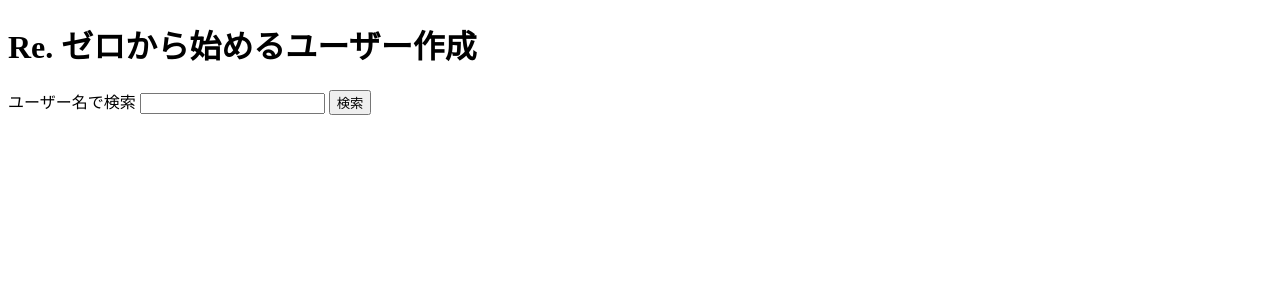
Repository: ShunsukeTanizaki/sqlite_api_lesson
Page: app/public/create.html
The author's editor kept a copy of each file at every save. The page is drawn from the files as they stood at one save, then again after the next save.
The browser window is 1280 px wide. The pictures show the whole page.
The page's requests for data from a server got no answer.

Above is the page before, as saved 2021-02-06 10:52:53.

### app/public/create.html
<!DOCTYPE html>
<html lang="ja">
<head>
    <meta charset="UTF-8">
    <meta name="viewport" content="width=device-width, initial-scale=1.0">
    <title>Re.ゼロから始めるWeb API入門</title>
    <!-- Load scripts -->
    <script src="js/search.js" defer></script>
    <script src="js/users.js" defer></script>
    <script src="js/index.js" defer></script>
</head>
<body>
    <main>
        <h1>Re. ゼロから始めるユーザー作成</h1>
        <label for="search">ユーザー名で検索</label>
        <input type="search" id="search">
        <button id="search-btn">検索</button>
    </main>
</body>
</html>

### app/public/js/search.js
const serachModule = (() => {
    const BASE_URL = "http://localhost:3000/api/v1/search"
    return {
        serachUsers: async () => {
            // 検索窓への入力値を取得
            const query = document.getElementById("search").value

            const res = await fetch(BASE_URL + '?q=' + query)
            const result = await res.json()

            let body = ""

            for (let i = 0; i < result.length; i++) {
                const user = result[i]
                body += `<tr>
                            <td>${user.id}</td>
                            <td>${user.name}</td>
                            <td>${user.profile}</td>
                            <td>${user.date_of_birth}</td>
                            <td>${user.created_at}</td>
                            <td>${user.updated_at}</td>
                        </tr>`
            }

            document.getElementById("users-list").innerHTML = body
        }
    }
})()

### app/public/js/users.js
// 即時関数でモジュール化
const usersModule = (() => {
    const BASE_URL = "http://localhost:3000/api/v1/users"
    return {
        fetchAllUsers: async() => {
            const res = await fetch(BASE_URL)
            const users = await res.json()

            for (let i = 0; i < users.length; i++) {
                const user = users[i]
                const body = `<tr>
                                <td>${user.id}</td>
                                <td>${user.name}</td>
                                <td>${user.profile}</td>
                                <td>${user.date_of_birth}</td>
                                <td>${user.created_at}</td>
                                <td>${user.updated_at}</td>
                            </tr>`
                document.getElementById("users-list").insertAdjacentHTML("beforeend", body)
            }
        }
    }
})()

### app/public/js/index.js
const indexModule = (() => {
    //検索ボタンをクリックした時のイベントリスナーを設定
    document.getElementById("search-btn")
        .addEventListener('click', () => {
        return serachModule.serachUsers()
    })
    // UsersモジュールのfetchAllUsersメソッドを呼び出す
    return usersModule.fetchAllUsers()

})()

After the next save:
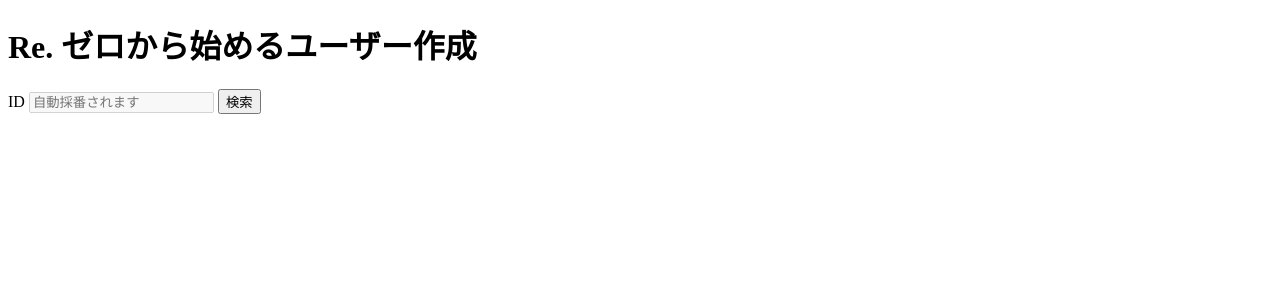
Saved 2 min 18 s later.
--- a/app/public/create.html
+++ b/app/public/create.html
@@ -12,8 +12,8 @@
 <body>
     <main>
         <h1>Re. ゼロから始めるユーザー作成</h1>
-        <label for="search">ユーザー名で検索</label>
-        <input type="search" id="search">
+        <label for="uid">ID</label>
+        <input type="text" id="uid" placeholder="自動採番されます" disabled />
         <button id="search-btn">検索</button>
     </main>
 </body>
